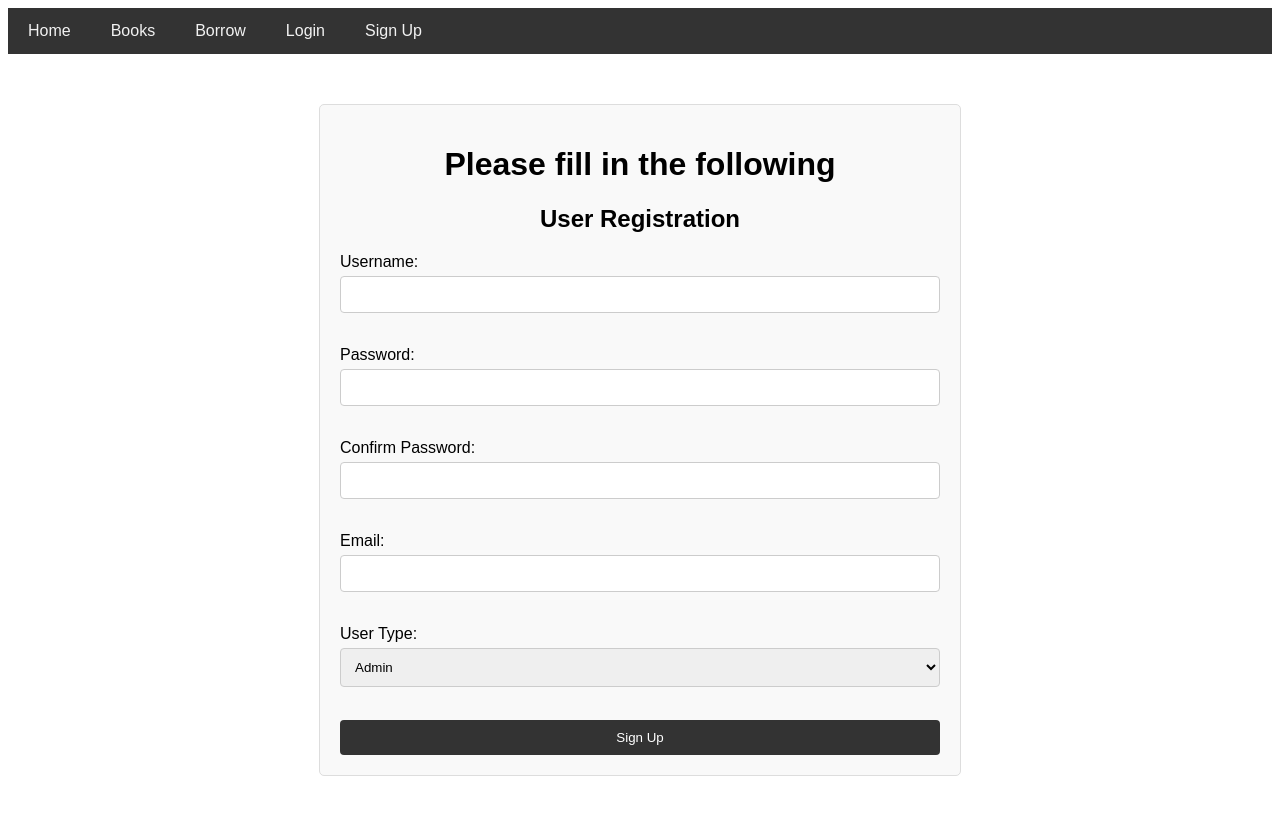
Repository: fadyesk12/Web-Technology-Course-Project
Page: auth/signup.html
The author's editor kept a copy of each file at every save. The page is drawn from the files as they stood at one save, then again after the next save.
The browser window is 1280 px wide. The pictures show the whole page.

Above is the page before, as saved 2024-04-19 02:20:44.

After the next save:
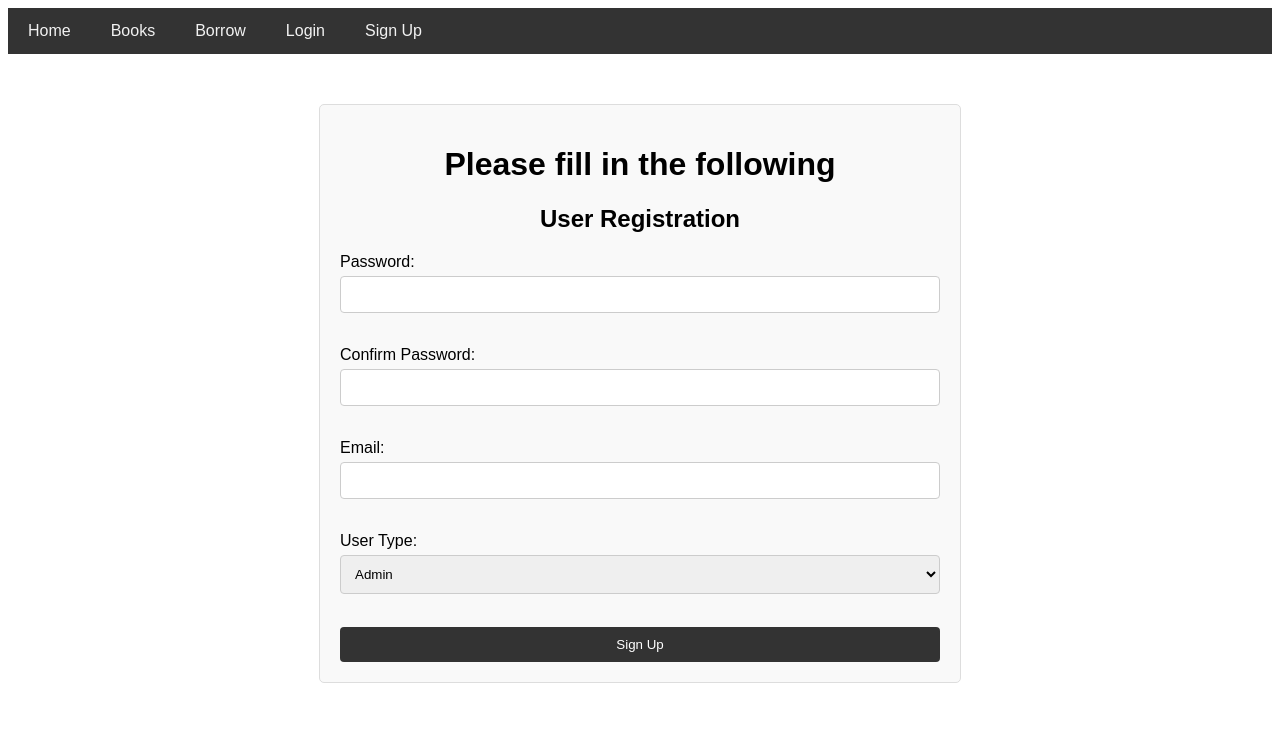
Saved 5 s later.
--- a/auth/signup.html
+++ b/auth/signup.html
@@ -21,8 +21,7 @@
 
     <form>
       <div></div>
-        <label for="username">Username:</label>
-        <input type="text" id="username" name="username" required><br><br>
+
 
         <label for="password">Password:</label>
         <input type="password" id="password" name="password" required><br><br>

After the 3 saves that followed:
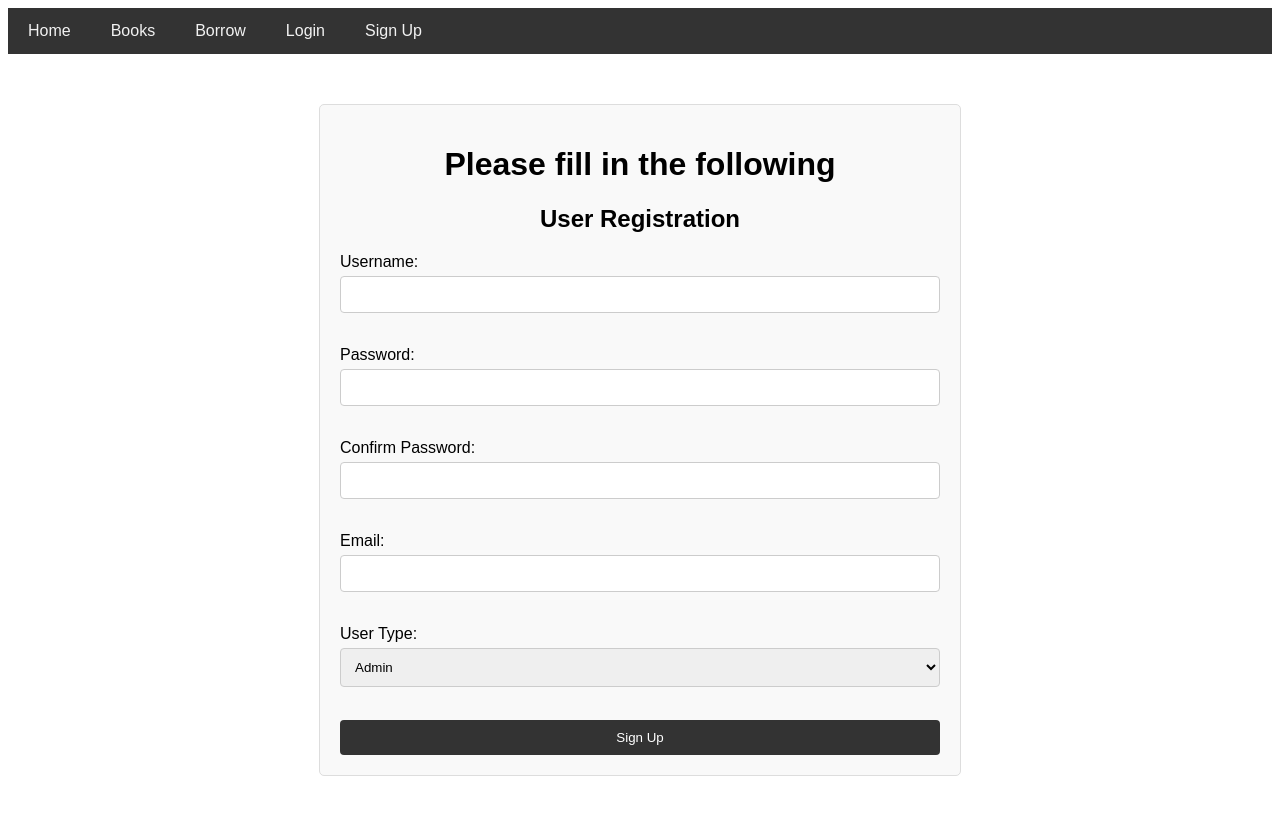
The 3 saves are shown as one change because they came seconds apart.
The last was saved 9 s later.
--- a/auth/signup.html
+++ b/auth/signup.html
@@ -20,9 +20,10 @@
     <h2>User Registration</h2>
 
     <form>
-      <div></div>
-
-
+      <div>
+        <label for="username">Username:</label>
+        <input type="text" id="username" name="username" required><br><br>
+      </div>
         <label for="password">Password:</label>
         <input type="password" id="password" name="password" required><br><br>
 
